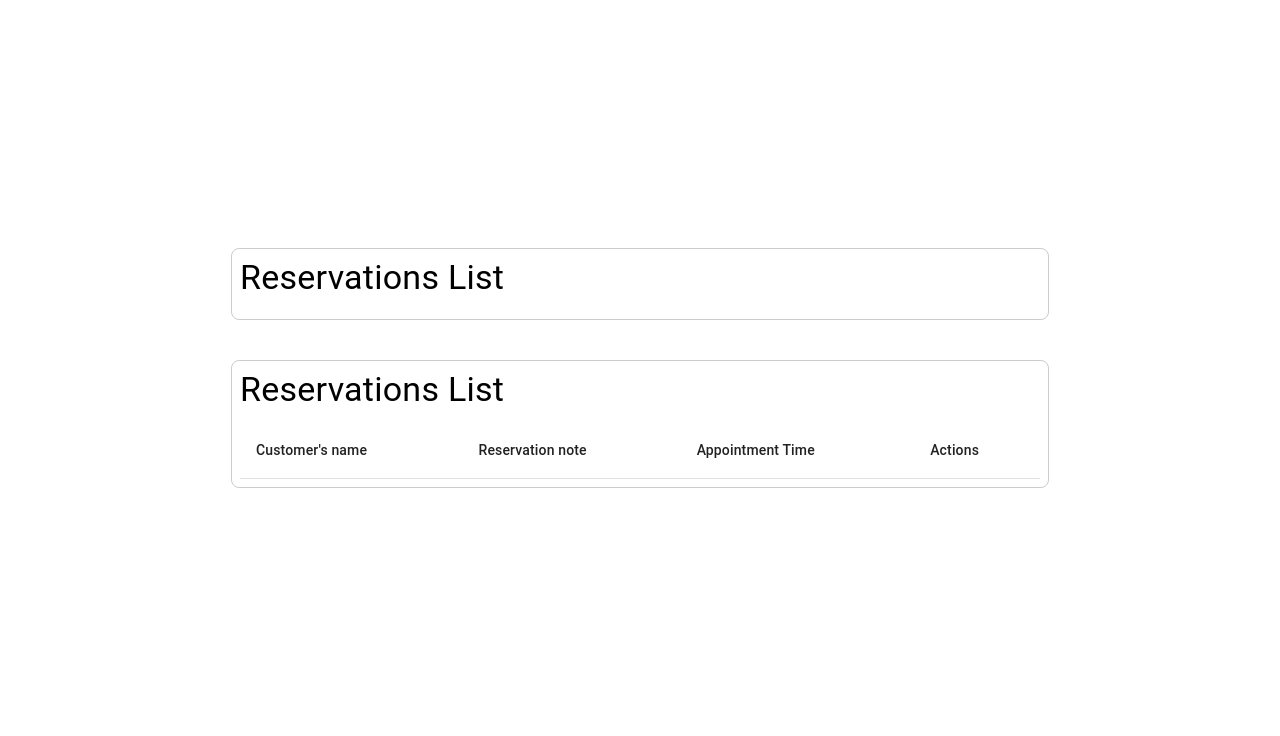
Repository: dovix58/PSP
Page: /beauty (app in frontEnd/)
The author's editor kept a copy of each file at every save. The page is drawn from the files as they stood at one save, then again after the next save.
The browser window is 1280 px wide. The pictures show the whole page.
The page's requests for data from a server got no answer. The project was rebuilt for these pictures with package versions that can differ from the ones it lists, and the page was loaded fresh each time. No one was signed in, and anything a server would have sent is missing. Also part of the build but not shown: frontEnd/vite.config.ts, frontEnd/src/LandingPage.tsx, frontEnd/src/api/productAPI.ts, frontEnd/src/CreateOrder.tsx, frontEnd/src/api/OrderApi.ts, frontEnd/src/PaymentModal.tsx, frontEnd/src/OrderList.tsx, frontEnd/src/Styles.ts and 3 more.

Above is the page before, as saved 2024-12-19 13:30:22.

After the next save:
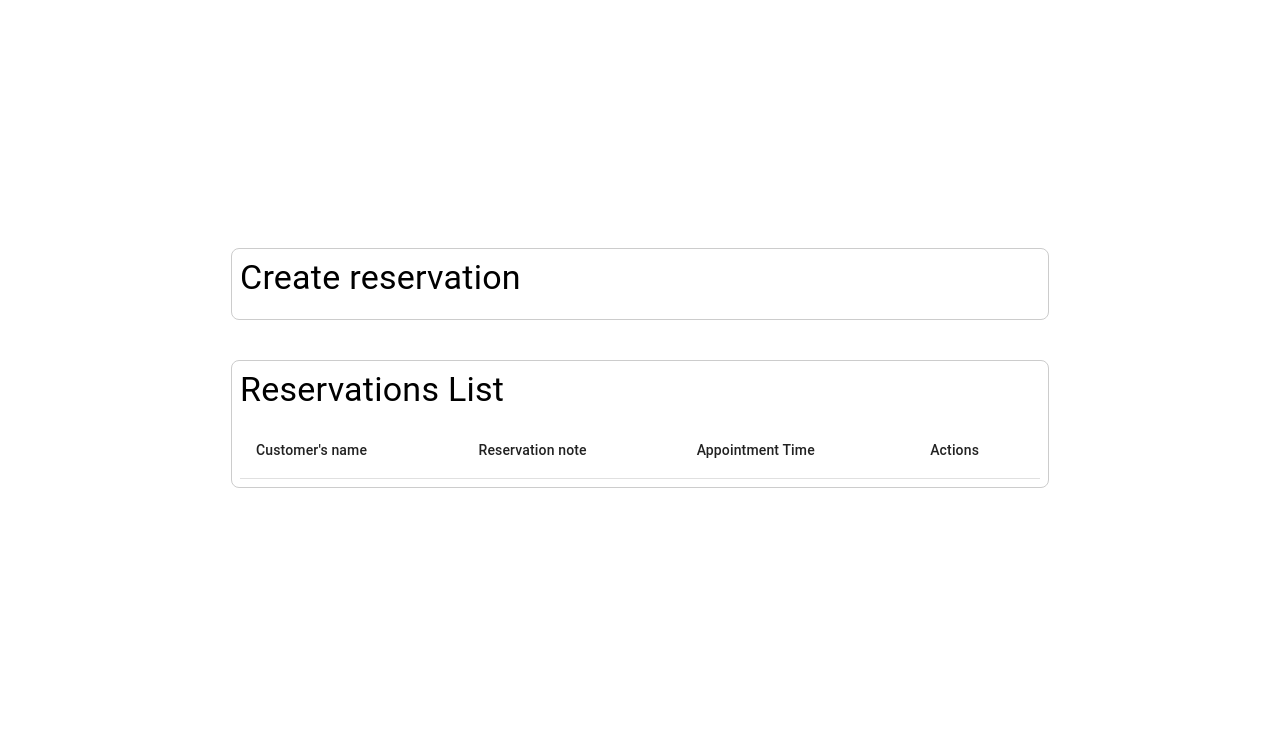
Saved 6 s later.
--- a/frontEnd/src/CreateReservation.tsx
+++ b/frontEnd/src/CreateReservation.tsx
@@ -26,7 +26,7 @@ export default function CreateReservation() {
       }}
     >
       <Typography variant="h4" gutterBottom>
-        Reservations List
+        Create reservation
       </Typography>
     </Box>
   );
